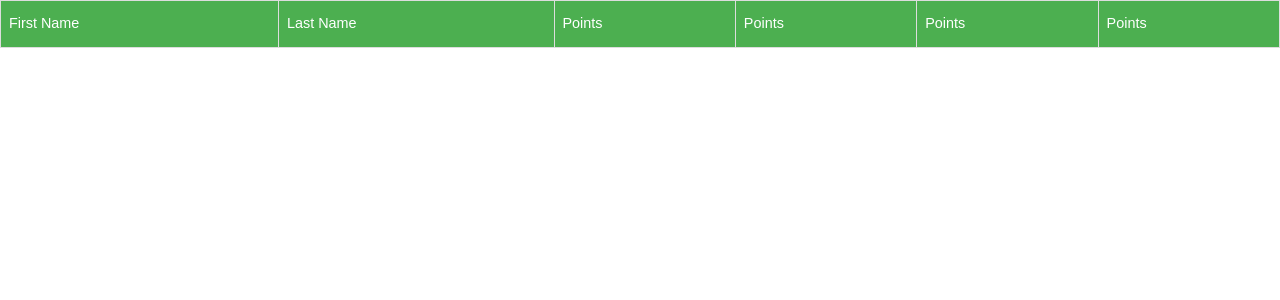
Repository: Rubin78/Firstairport
Page: /
The author's editor kept a copy of each file at every save. The page is drawn from the files as they stood at one save, then again after the next save.
The browser window is 1280 px wide. The pictures show the whole page.
The page's requests for data from a server got no answer. The project was rebuilt for these pictures with package versions that can differ from the ones it lists, and the page was loaded fresh each time. No one was signed in, and anything a server would have sent is missing. Also part of the build but not shown: src/DataTable.js.

Above is the page before, as saved 2021-03-27 16:06:16.

### src/App.js
// import React, { Component } from 'react';
// import { wait } from "@testing-library/react";

// class App extends Component {

// state={

//   loading:true,
//   person:false,
// }

// async componentDidMount(){

// const url = "https://api.randomuser.me/"
// const response = await fetch(url);
// const data = await response.json();
// this.setState({person:data.results[0],loading:false})

// }

//   render() {

//  if(this.state.loading){
// return<div>loading ....</div>

//  }

//  if(!this.state.person){
//   return<div>loadingnothing ....</div>

//    }
//     return (
//       <div>

//     <div>{this.state.person.title}</div>

//     <div>{this.state.person.name.first}</div>
//     <div>{this.state.person.name.last}</div>
//     <div>{this.state.person.gender}</div>
//     <div>{this.state.person.timezone}</div>

//   <img src= {this.state.person.picture.large} />
//         </div>
//     );
//   }
// }

// export default App;

// import { wait } from "@testing-library/react";
// import React from "react";

// export default class FetchRandomUser extends React.Component {

//   // async componentDidMount() {
//   //   const url = "https://api.randomuser.me/";
//   //   const response = await fetch(url);
//   //   const data = await response.json();
//   //   this.setState({ person: data.results[0], loading: false });
//   // }

//   state={
//     loading:true,
//     person:null,
//   }

//  async componentDidMount() {

//   const url = "https://api.randomuser.me/";
//   const response = await fetch(url);
//   const data = await response.json();
//   this.setState({person:data.results[0],loading:false})

//  }

//   render() {
//     // if (this.state.loading) {
//     //   return <div>loading...</div>;
//     // }

//     // if (!this.state.person) {
//     //   return <div>didn't get a person</div>;
//     // }

// if (this.state.loading) {
// return <div>loading ...</div>
// }

// if (!this.state.person) {
//   return <div>didnt get anything</div>
// }

//     return (

// <div>

// <div>{this.state.person.name.title}</div>
// <div>{this.state.person.name.first}</div>
// <div>{this.state.person.name.last}</div>
// <div>{this.state.person.gender}</div>
// <div>{this.state.person.address}</div>

// <img src={this.state.person.picture.large} />

// </div>
//     );
//   }
// }

// import React, { useState, useEffect } from "react";
// import axios from "axios";
// export default function APISession() {
//   const [data, setData] = useState([]);

//   useEffect(() => {
//     axios
//       .get("https://jsonplaceholder.typicode.com/users")
//       .then((response) => {
//         setData(response.data);
//       })

//       // .catch((error) => {
//       //   console.log(error);
//       // });
//   }, []);

//   console.log(data);

//   return (
//     <div>
//       {data &&
//         data.map((item) => (
//           <div key={item.id}>
//             {item.name} - {item.phone}
//           </div>
//         ))}
//       {/* {data[0] && <div>{JSON.stringify(data)}</div>} */}
//     </div>
//   );
// }
/*
import React, {useState,useEffect} from 'react';
import axios from "axios";

const App = () => {

  const [data ,setData] = useState([]);
  useEffect(()=> {
    axios.get("https://jsonplaceholder.typicode.com/users")
    .then((response) => {
      setData(response.data);

    })
  })
  return (
    <div>
      {data &&
        data.map((item) => (
          <div key={item.id}>
            {item.name} - {item.phone}
          </div>
        ))}
      {/* {data[0] && <div>{JSON.stringify(data)}</div>} */
/*  </div>
  );
};

export default App; */

/*
import React, { Component } from 'react'


export default class App extends Component {

  constructor(props) {
    super(props);

    this.state = {
      brand: "ford",
      company: "Snoop Technology",
    };
  }

  changeBrand = () => {
  alert("Great Shot!");

    this.setState({brand: "love "});
        this.setState({ company: "Snooper " });


  }

  render() {
const greeting = "welcome to amafh";
    return (
      <div>
        <div>{this.state.brand} </div>
        <div>{this.state.company} </div>
        <h2>I am a {greeting}</h2>


        <button onClick={this.changeBrand}>hello change</button>
      </div>
    );
  }
}


 */

/*  import React , {useState} from 'react';

 const App = () => {

   const [count, setCount] = useState(0);


   return (
     <div>
<p> this is my {count}</p>

<button onClick={() =>setCount(count+2)}> clickme </button></div>
   );
 };

 export default App;
 */

/* import React, { useState, useEffect } from "react";
import axios from "axios";
export default function APISession() {
  const [data, setData] = useState([]);



useEffect(()=>{

  axios.get("https://jsonplaceholder.typicode.com/users")
  .then((response) => {

    setData(response.data)
  })

.catch((error)=>{

  console.log(error);
})

})

  return (
    <div>


{data &&
data.map((item)=>(

  <div key={item.id}>

    {item.name}
  </div>
))}

    </div>
  );

        }




 */

/*  get data ====================================================== >
 */

/*

import React, { useState, useEffect } from "react";
import axios from "axios";

const App = () => {
  const [data, setData] = useState([]);

  useEffect(() => {
    axios
      .get("https://jsonplaceholder.typicode.com/users")
      .then((response) => {
        setData(response.data);
      })

      .catch((error) => {
        console.log(error);
      });
  });

  return (
    <div>
      {data &&
        data.map((item) => (
          <div key={item.id}>

            {item.name} -{item.phone} -{item.city}


          </div>
        ))}
    </div>
  );
};

export default App; */

/*   <======================================================================using state and changing the data value==========================================>*/

/*
import React, { Component } from 'react'

export default class App extends Component {
  constructor(props) {
    super(props);
    this.state = {
      company: "Snoop Technology",
      profile: "developer",
    };
  }

  changeData=()=>{

    this.setState({
      company: "Snoopeer Technology",
      profile: "developer as a junior",
    });
  }


  render() {
    return (
      <div>
        <h1> Currently m working in {this.state.company}</h1>
        <h1>My profile is {this.state.profile}</h1>

        <button onClick={this.changeData}> hello </button>
      </div>
    );
  }
}
 */

/* <parent to child data transfer=========================>
 */
/*
import React, { Component } from 'react'
import Home from "../src/Home";
export default class App extends Component {
 */

/*   render() {
 */

/*     const data = "there should be som data";

    return (
      <div>

        <Home data={data} />
      </div>
    )
  }
}
 */

/* using hooks how to change or update the values =====================================> */

/* rmber when we are using functional component we dont have to use this .state in button section */

/*
import React,{useState} from 'react';

const App = () => {


  const [name, setName] = useState("changing data");



  const hancleClick=()=>{

    setName(" yes you have change the data");
  }
  return (
    <div>
    <h1>  {name} </h1>



      <button onClick ={hancleClick}> hello </button>
    </div>
  );
};

export default App; */

/*




import React, { useState, useEffect } from "react";
import axios from "axios";

const App = () => {
  const [data, setData] = useState([]);

  useEffect(() => {
   axios
     .put("https://jsonplaceholder.typicode.com/posts/1", {
       id: 1,
       title: "foo",
       body: "rubin",
       userId: 1,
     },


     )



     axios.put("https://jsonplaceholder.typicode.com/posts/2", {
       id: 2,
       title: "solo",
       body: "dodod",
       userId: 2,
     },
     )
     .then((response) => {
       setData(response.data);
     })

     .catch((error) => {
       console.log(error);
     });


      console.log(data)
  });

  return (
    <div>

    </div>
  );
};

export default App;  */

/* event in react  ============>
 */

/* remember if ur using the event in functional component then u have to use (function)  eg function shoot(){

}
 */

/* import React, { useState } from 'react';

const App = () => {

  const [name, setName] = useState("shaun");

function shoot() {
alert("hello");
setName("rubin");
}
  return (
    <div>
      <h1>{name}</h1>
      <button onClick = {shoot}  > shoot a shot </button>
    </div>
  );
};

export default App;11 */

/* rember if ur using class component then u can make this by simply using this.
 */
/* import React, { Component } from "react";

export default class App extends Component {
  constructor(props) {
    super(props);

    this.state = {
      company: "Snop Technology",
      profile: "developer ",
    };
  }

  changeWords=()=> {
    alert("this is good to go");

    this.setState({
      company: "Snoopeer Technology",
      profile: "developer as a junior",
    });
  }
  render() {
    return (
      <div>
        <h1>{this.state.company}</h1>
        <h1>{this.state.profile}</h1>
        <button onClick={this.changeWords}>helo change </button>
      </div>
    );
  }
}
 */

/* ==========paasing arugument ============ */
/*


 remember its is simple and revese of alert first it will show the dialog box of alert ad then the dom elemnt  */
/*

import React, { Component } from 'react'

export default class App extends Component {

  shoot=(e)=> {


    alert(e);
  }

  render() {
    return (
      <div>

        <button onclick={this.shoot('goal')}> goal</button>

      </div>
    )
  }
}
 */

/*
import React, { Component } from 'react'

export default class App extends Component {


  constructor(props){

    super(props);

    this.state = {
      username: " ",
    };


  }



myChange=(event)=>{

  this.setState({username:event.target.value})
}



  render() {


    return (
      <div>
        <form>
          <h1> hello {this.state.username}</h1>

          <div>
            <input type=" text" placeholder="welcome" onChange={this.myChange} />
          </div>
        </form>
      </div>
    );
  }
}
 */

/* only for input not submit */
/*
import React, { Component } from 'react'

export default class App extends Component {
  constructor(props) {
    super(props);

    this.state = {
      username: " ",
    };
  }

  submitHandler=(event)=>{
event.preventDefault();
alert("you are submiting " + this.state.username)

  }
  myChange = (event) => {
    this.setState({
      username: event.target.value,
    });
  };
  render() {
    return (
      <div>
        <form onSubmit={this.submitHandler}>
          <h1>hello {this.state.username}</h1>

          <div>
            <input type="text" onChange={this.myChange} />

            <input type="submit" />
          </div>
        </form>
      </div>
    );
  }
} */

/* import React, { Component } from "react";

export default class App extends Component {
  constructor(props) {
    super(props);

    this.state = {

      username: " ",
    };
  }

  submitHandler=(event)=>{

event.preventDefault();
alert("you are submmitung the data " + this.state.username);
  }

  myChange = (event) => {
    this.setState({
      username: event.target.value,
    });
  };

  render() {
    return (
      <div>
        <form onSubmit={this.submitHandler}>
          <h1>hello {this.state.username}</h1>

          <input type="text" onChange={this.myChange} />

          <input type="submit" />
        </form>
      </div>
    );
  }
}

 */

/*
import React, { Component } from 'react'
import Home from "../src/Home";
export default class App extends Component {


  render() {


   const data = "there should be som datass";

    return (
      <div>

        <Home data={data} />



      </div>
    )
  }
}
 */

/*
import React,{useState} from 'react';

import axios from "axios";



const App = () => {

const [task, settask] = useState("");
const [password, setpassword] = useState("");


const submitHandler = (e) => {
    e.preventDefault();

  axios
    .post(
      "https://addschedule-74df8-default-rtdb.firebaseio.com/.json",{
        task,
        password

      }

    )
    .then((res) => {

          setTimeout(function () {

          }, 5000);
      console.log(res.data);
    })
    .catch((err) => {
      console.log(err);
    });
};




  return (
    <div>
      <form onSubmit={(e)=>{
        submitHandler(e);
      }}>
        <div>
          <input
            style={{ padding: 6 }}
            required
            label="Your name"
            id="name"
            type="text"
            value={task}
            onChange={(e) => {
              settask(e.target.value);
            }}
          />
        </div>
        <div>
          <input
            style={{ padding: 6 }}
            required
            label="Your name"
            id="name"
            type="text"
            value={password}
            onChange={(e) => {
              setpassword(e.target.value);
            }}
          />
        </div>
        <div>

            <input type="submit" value="Sign up" />

        </div>
      </form>
    </div>
  );
};

export default App; */
/*
import React, { useState } from "react";
import Axios from "axios";

const App = () => {
  const [name, setname] = useState("");

  const [passwrd, setpasswrd] = useState("");

  const submitHandler = (e) => {
    e.preventDefault();
    Axios.post("https://makingapi-3467d-default-rtdb.firebaseio.com/.json", {
      name,
      passwrd,
    }).then((response) => {
      console.log(response.data);
    });
  };

  return (
    <div>
      <form
        onSubmit={(e) => {
          submitHandler(e);
        }}
      >
        <label style={{ padding: 6 }}>name</label>

        <div>
          <input
            type="text"
            value={name}
            onChange={(e) => {
              setname(e.target.value);
            }}
            style={{ padding: 6 }}
          />
        </div>
        <label style={{ padding: 6 }}>password</label>

        <div>
          <input
            type="password"
            value={passwrd}
            onChange={(e) => {
              setpasswrd(e.target.value);
            }}
            style={{ padding: 6 }}
          />
        </div>
        <div style={{ padding: 6 }}>
          <input type="submit" style={{ padding: 6 }} />
        </div>
      </form>
    </div>
  );
};

export default App;
 */

/* import React, { useState } from "react";
import axios from "axios";

const App = () => {
  const [name, setname] = useState("");

  const [passwrd, setpasswrd] = useState(" ");

  const submitHandler = (s) => {
    s.preventDefault();
    axios
      .post("https://makingapi-3467d-default-rtdb.firebaseio.com/.json", {
        name,
        passwrd,
      })
      .then((response) => {
        console.log(response.data);
      })

      .catch((err) => {
        console.log(err);
      });
  };

  return (
    <div>
      <form
        onSubmit={(s) => {
          submitHandler(s);
        }}
      >
        <div>
          <input
            type="text"
            value={name}
            onChange={(s) => {
              setname(s.target.value);
            }}
          />
        </div>

        <div>
          <input
            type="password"
            value={passwrd}
            onChange={(s) => {
              setpasswrd(s.target.value);
            }}
          />
        </div>

        <div>
          <input type="submit" />
        </div>
      </form>
    </div>
  );
};

export default App;
 */




import React,{useEffect,useState} from 'react';
import axios from "axios";
import DataTable from "./DataTable";
import "bootstrap-css-only/css/bootstrap.min.css";
import  "mdbreact/dist/css/mdb.css";

import { MDBContainer, MDBRow, MDBCol, MDBBtn, MDBInput, Col } from "mdbreact";

import "./App.css";
const App = () => {

   const [task, setTask] = useState({});
   const [taskListingData, setTaskListingData] = useState({});

   useEffect(() => {
     axios
       .get("https://datatable-1274e-default-rtdb.firebaseio.com/.json")
       .then((res) => {
         setTaskListingData(res.data);
       })
       .catch((err) => {
         console.log(err);
       });
   }, []);

   const handleTask = () => {
     setTask("ok");
   };
  return (
    <div>
      {
        <table id="customers">
           <tr>
            <th>First Name</th>
            <th>Last Name</th>
            <th>Points</th>
            <th>Points</th>
            <th>Points</th>
            <th>Points</th>
          </tr>

          {taskListingData &&
            Object.entries(taskListingData).map((task) => (
              <>
                {task.map((item) => (
                  <div>
                    <tr>
                      <td>{item.name}</td>
                    </tr>
                  </div>
                ))}
              </>
            ))}
        </table>
      }
    </div>
  );
};

export default App;


/*
import React,{useState,useEffect} from 'react';
import DataTable from "./DataTable";
const App = () => {
const [data, setData] = useState("");

const [name, setName] = useState("");

  return (


    <div>


      <div>
<DataTable />
        </div>
    </div>
  );
};

export default App; */

### src/App.css
/* .App {
  text-align: center;
}

.App-logo {
  height: 40vmin;
  pointer-events: none;
}

@media (prefers-reduced-motion: no-preference) {
  .App-logo {
    animation: App-logo-spin infinite 20s linear;
  }
}

.App-header {
  background-color: #282c34;
  min-height: 100vh;
  display: flex;
  flex-direction: column;
  align-items: center;
  justify-content: center;
  font-size: calc(10px + 2vmin);
  color: white;
}

.App-link {
  color: #61dafb;
}

@keyframes App-logo-spin {
  from {
    transform: rotate(0deg);
  }
  to {
    transform: rotate(360deg);
  }
}



 */



#customers {
  font-family: Arial, Helvetica, sans-serif;
  border-collapse: collapse;
  width: 100%;
}

#customers td, #customers th {
  border: 1px solid #ddd;
  padding: 8px;
}

#customers tr:nth-child(even){background-color: #f2f2f2;}

#customers tr:hover {background-color: #ddd;}

#customers th {
  padding-top: 12px;
  padding-bottom: 12px;
  text-align: left;
  background-color: #4CAF50;
  color: white;
}

Loaded but not shown: public/index.html (common file); src/index.js (common file); src/index.css (common file); src/serviceWorker.js (common file)

After the next save:
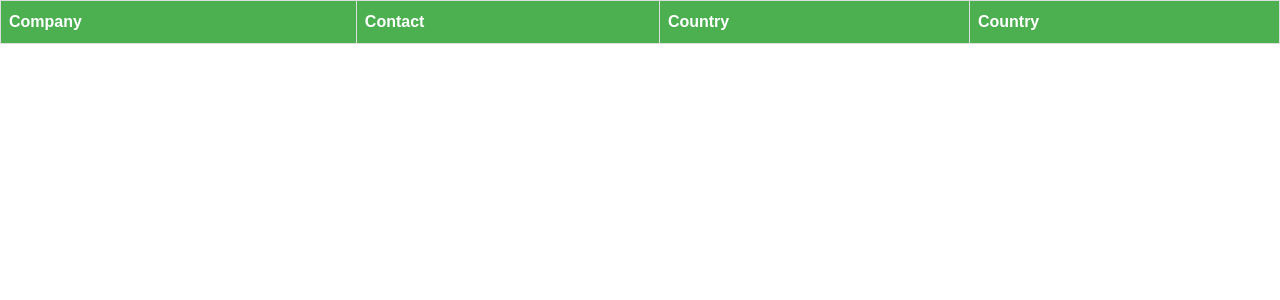
Saved 19 s later.
--- a/src/App.js
+++ b/src/App.js
@@ -906,11 +906,6 @@ export default App;
 import React,{useEffect,useState} from 'react';
 import axios from "axios";
 import DataTable from "./DataTable";
-import "bootstrap-css-only/css/bootstrap.min.css";
-import  "mdbreact/dist/css/mdb.css";
-
-import { MDBContainer, MDBRow, MDBCol, MDBBtn, MDBInput, Col } from "mdbreact";
-
 import "./App.css";
 const App = () => {
 
@@ -933,31 +928,28 @@ const App = () => {
    };
   return (
     <div>
-      {
-        <table id="customers">
-           <tr>
-            <th>First Name</th>
-            <th>Last Name</th>
-            <th>Points</th>
-            <th>Points</th>
-            <th>Points</th>
-            <th>Points</th>
-          </tr>
-
-          {taskListingData &&
-            Object.entries(taskListingData).map((task) => (
-              <>
-                {task.map((item) => (
-                  <div>
-                    <tr>
-                      <td>{item.name}</td>
-                    </tr>
-                  </div>
-                ))}
-              </>
-            ))}
-        </table>
-      }
+      <table id="customers">
+        <tr>
+          <th>Company</th>
+          <th>Contact</th>
+          <th>Country</th>
+          <th>Country</th>
+        </tr>
+        {taskListingData &&
+          Object.entries(taskListingData).map((task) => (
+            <>
+              {task.map((item) => (
+                <div>
+                  <tr>
+                    <td>{item.name}</td>
+                    <td>{item.name}</td>
+                    <td>{item.name}</td>
+                  </tr>
+                </div>
+              ))}
+            </>
+          ))}
+      </table>
     </div>
   );
 };
